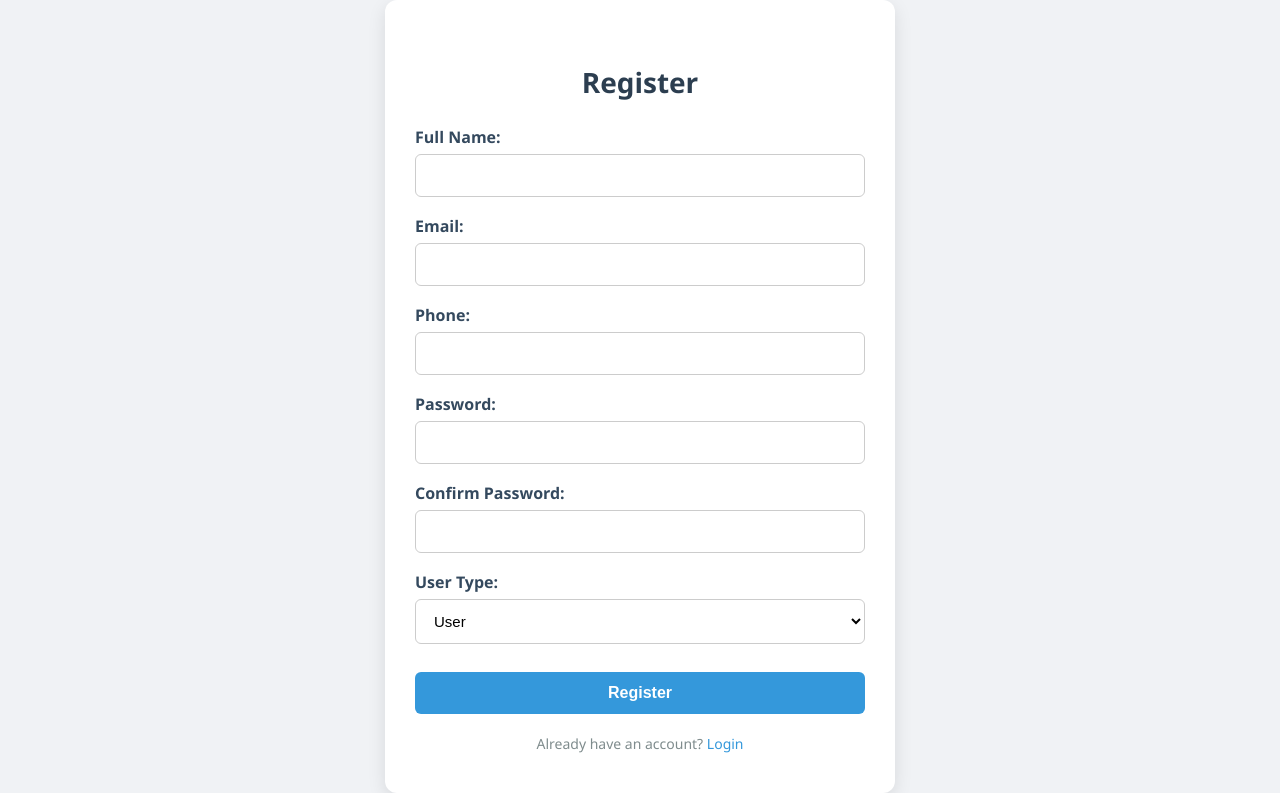
Repository: Ramaryal33/Airline-Management-System
Page: http://localhost/Airline_Management_System/register
These files come from the project's save history. The page is drawn as it stood at one moment and after the next save; the edit follows.
The browser window is 1280 px wide. The pictures show the whole page.
The page is served by Tomcat 10.

Above is the page before, as saved 2025-04-19 06:47:27.

After the next save:
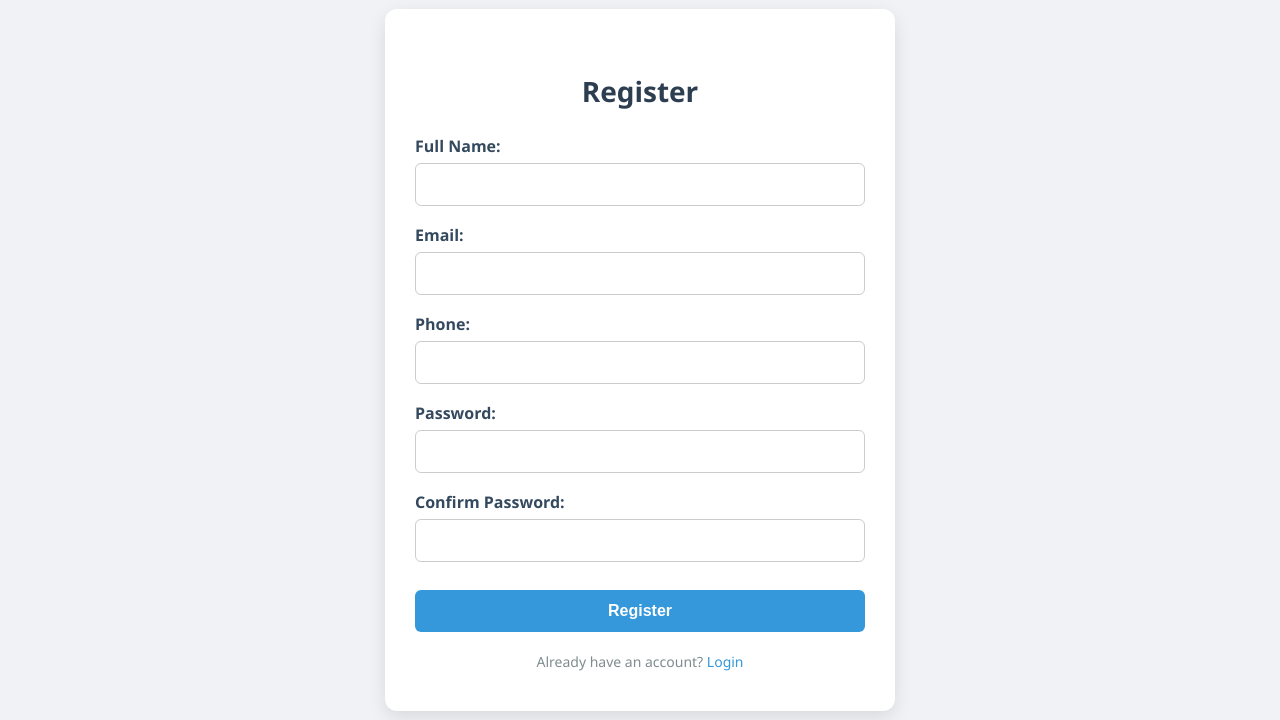
Saved 29 h 33 min later.
--- a/Airline_Management_System/src/main/webapp/WEB-INF/page/register.jsp
+++ b/Airline_Management_System/src/main/webapp/WEB-INF/page/register.jsp
@@ -3,19 +3,12 @@
 <html>
 <head>
     <title>Register</title>
-
-    <!-- Main CSS -->
     <link rel="stylesheet" href="${pageContext.request.contextPath}/css/register.css">
-
-
-        <link rel="stylesheet" href="${cssPath}">
-
 </head>
 <body>
     <div class="register-container">
         <h2>Register</h2>
 
-        <%-- Display error or success message --%>
         <% if (request.getAttribute("error") != null) { %>
             <div class="error"><%= request.getAttribute("error") %></div>
         <% } %>
@@ -50,15 +43,6 @@
                 <input type="password" name="confirm_password" id="confirm_password" required>
             </div>
 
-            <div class="form-group">
-                <label for="userType">User Type:</label>
-                <select name="userType" id="userType" required>
-                    <option value="User">User</option>
-                    <option value="Admin">Admin</option>
-                    <option value="Staff">Staff</option>
-                </select>
-            </div>
-
             <button type="submit">Register</button>
         </form>
 
